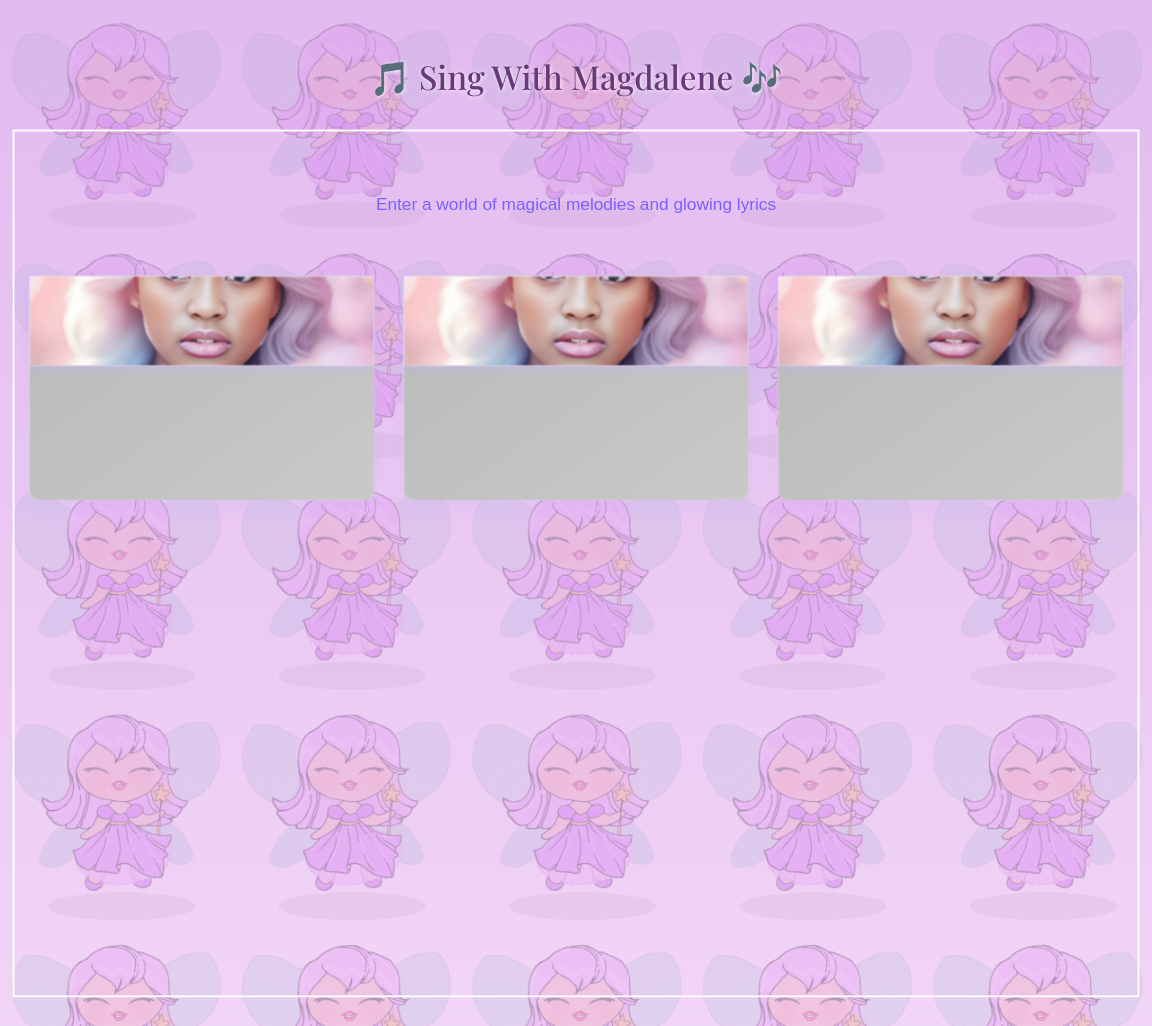
Repository: VladimirGagarin/Meg
Page: /
An editor plug-in stored every save of this project. The page is shown before and after a run of saves, followed by the edit.
The browser window is 1280 px wide. The pictures show the whole page, at 90% of full size.
The project was rebuilt for these pictures with package versions that can differ from the ones it lists, and the page was loaded fresh each time. Also part of the build but not shown: vite.config.js, src/components/Controls.jsx, src/pages/SongScreen.css, src/components/lyricsCard.jsx, src/pages/SongScreen.jsx. Imported but missing from the stored project, and not drawn on this page: src/assets/audios/IamMagdalene.mp3, src/assets/audios/The beginning.mp3, src/assets/audios/meg.mp3.

Above is the page before, as saved 2025-07-07 13:09:49.

After the next 2 saves:
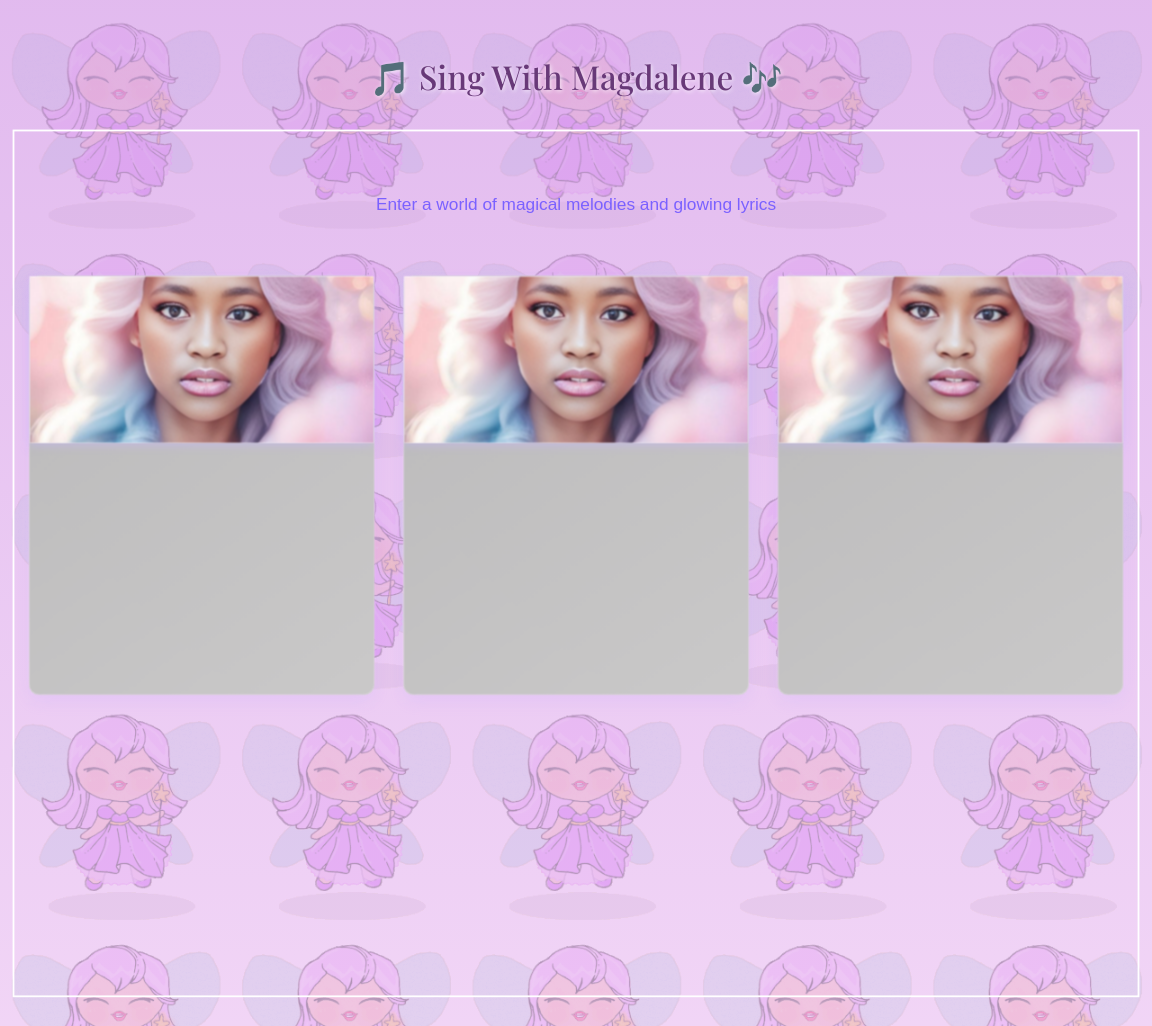
The 2 saves are shown as one change because they came seconds apart.
The last was saved 7 s later.
--- a/src/components/SongCard.css
+++ b/src/components/SongCard.css
@@ -19,7 +19,7 @@
     text-align: center;
     box-shadow: 0 8px 16px rgba(200, 180, 255, 0.2);
     transition: transform 0.3s ease;
-    height: 30vh;
+    height: 60vh;
     padding: 1rem;
     background-color: rgba(255, 255, 255, 0.074);
     border: 1px solid rgba(255, 255, 255, 0.222);
